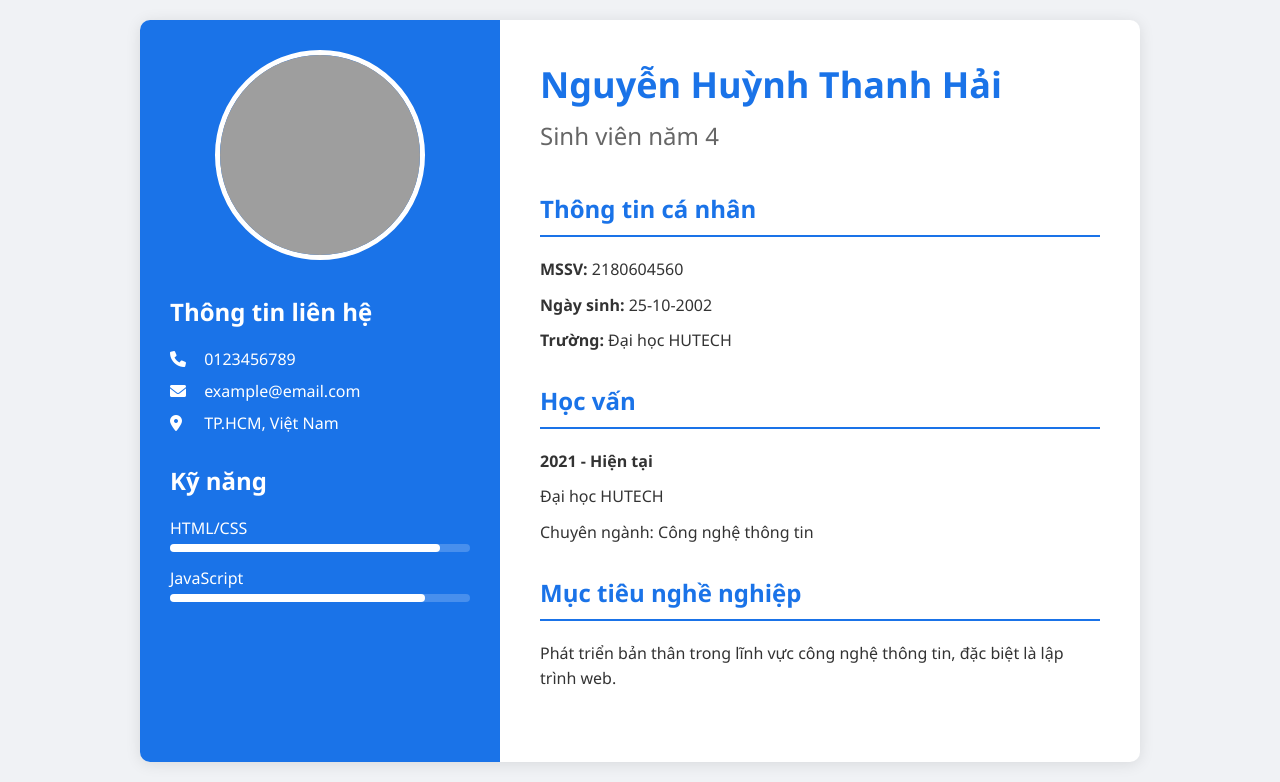
Repository: Haimichi/haimichi.github.io
Page: index.html
These files come from the project's save history. The page is drawn as it stood at one moment and after the next save; the edit follows.
The browser window is 1280 px wide. The pictures show the whole page.
Pictures or frames that could not be fetched are drawn as grey boxes.

Above is the page before, as saved 2025-03-04 10:26:57.

After the next save:
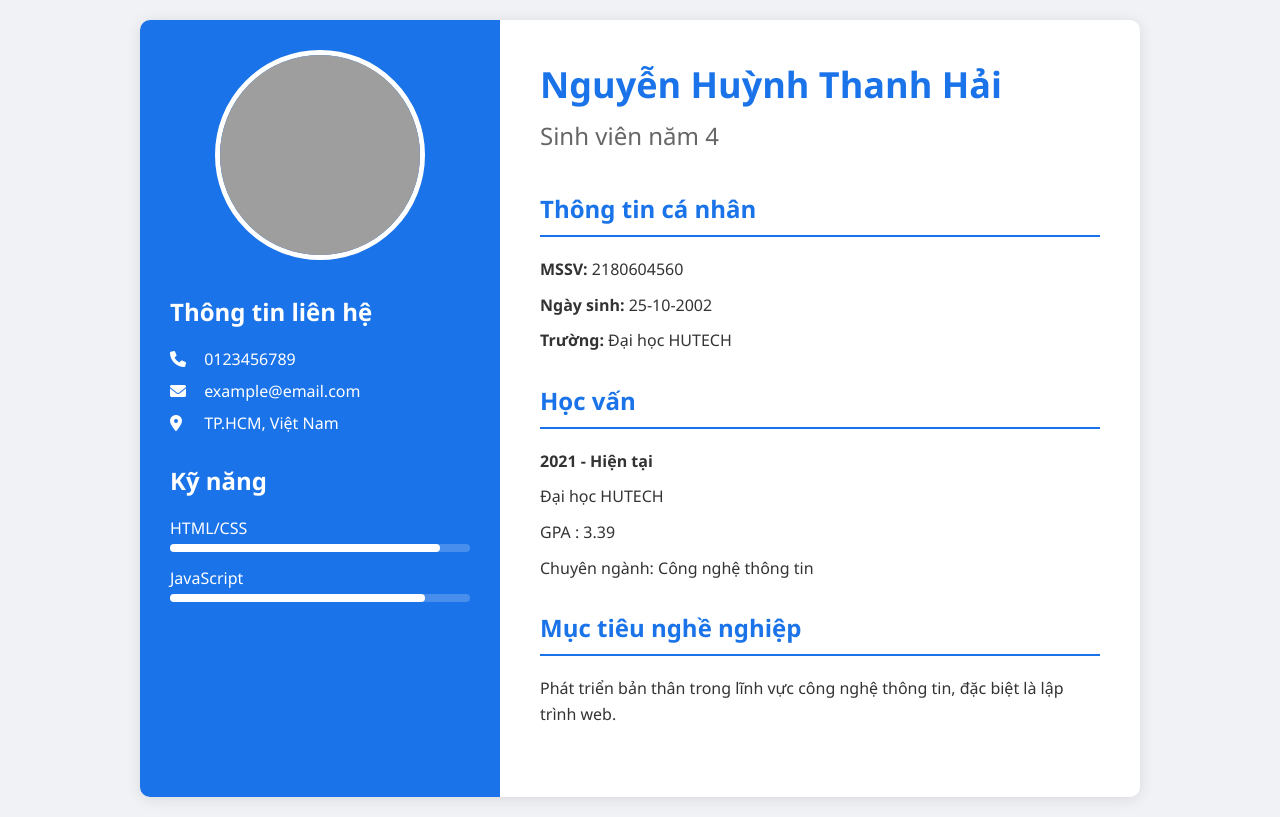
Saved 17 s later.
--- a/index.html
+++ b/index.html
@@ -51,6 +51,7 @@
                     <h2>Học vấn</h2>
                     <p><strong>2021 - Hiện tại</strong></p>
                     <p>Đại học HUTECH</p>
+                    <p>GPA : 3.39</p>
                     <p>Chuyên ngành: Công nghệ thông tin</p>
                 </div>
                 <div class="section">
